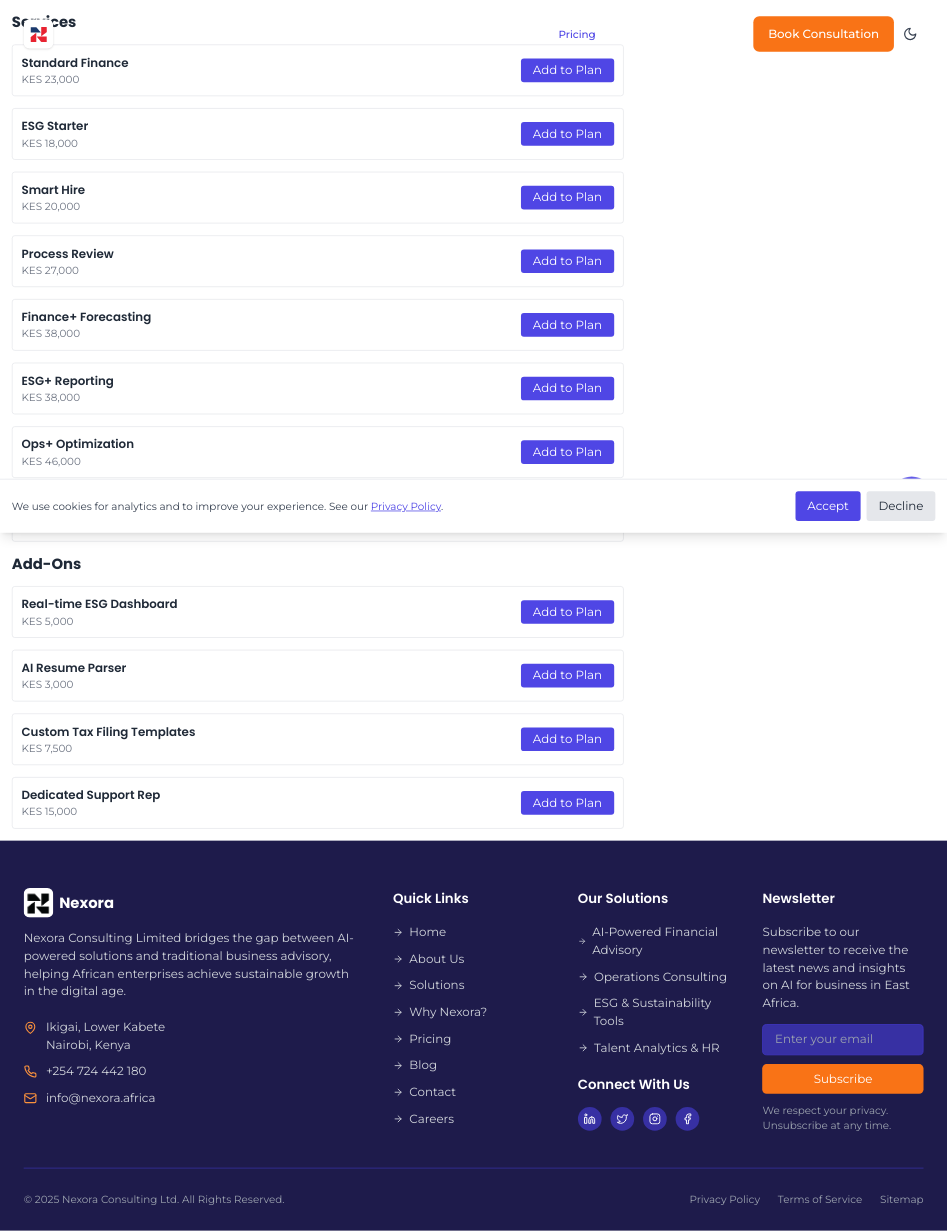
Repository: thande788/Nexora-SIte-Bolt
Page: /pricing
These files come from the project's save history. The page is drawn as it stood at one moment and after a run of saves; the edit follows.
The browser window is 1280 px wide. The pictures show the whole page, at 74% of full size.
The project was rebuilt for these pictures with package versions that can differ from the ones it lists, and the page was loaded fresh each time. Also part of the build but not shown: vite.config.ts, src/components/Hero.tsx, src/components/SectionTitle.tsx, src/components/FeatureCard.tsx, src/components/ServiceCard.tsx, src/components/Stats.tsx, src/components/CallToAction.tsx, src/components/BlogCard.tsx and 27 more. Imported but missing from the stored project, and not drawn on this page: src/pages/CartTable.

Above is the page before, as saved 2025-05-21 00:14:05.

After the next 2 saves:
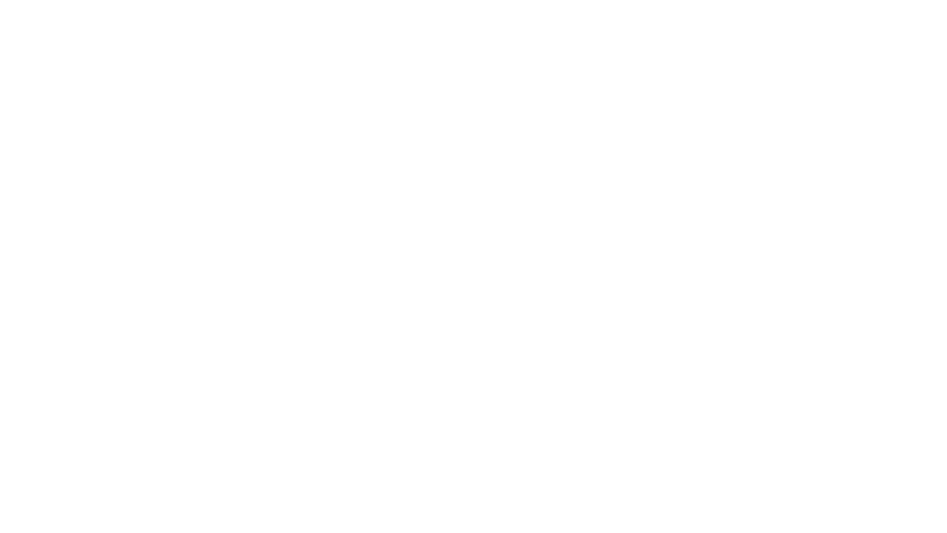
Console error: TypeError: import__.baseServices is not iterable
The 2 saves are shown as one change because they came seconds apart.
The last was saved 20 s later.
--- a/src/pages/Pricing.tsx
+++ b/src/pages/Pricing.tsx
@@ -4,7 +4,7 @@
   premiumServices,
   addOns,
   bundles,
-} from "./plans";
+} from "../";
 import CartTable from "./CartTable";
 
 // Types

After the 5 saves that followed:
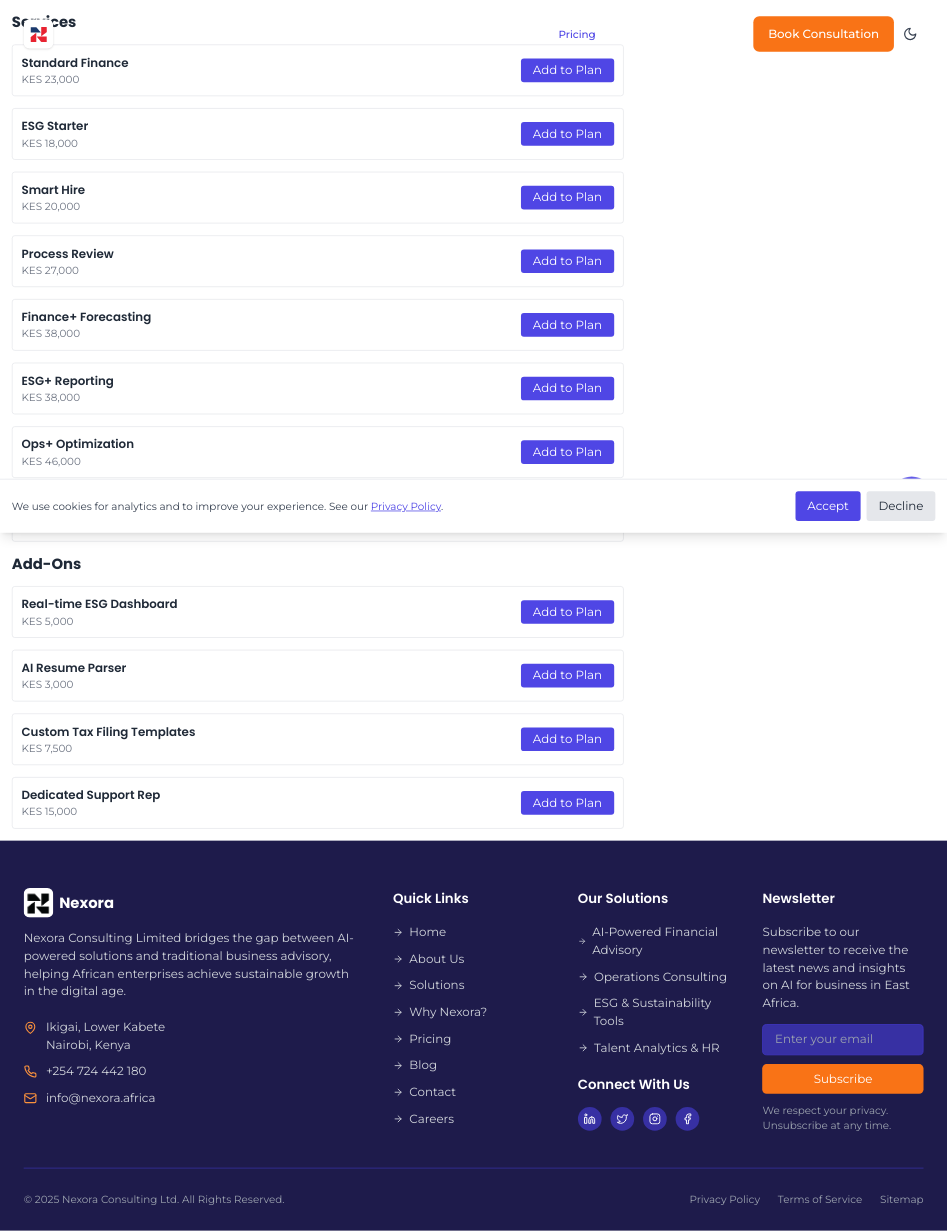
The error is gone.
The 5 saves are shown as one change because they came seconds apart.
The last was saved 13 s later.
--- a/src/pages/Pricing.tsx
+++ b/src/pages/Pricing.tsx
@@ -4,7 +4,7 @@
   premiumServices,
   addOns,
   bundles,
-} from "../";
+} from "../types/plans"; // Adjust the import path as necessary
 import CartTable from "./CartTable";
 
 // Types
